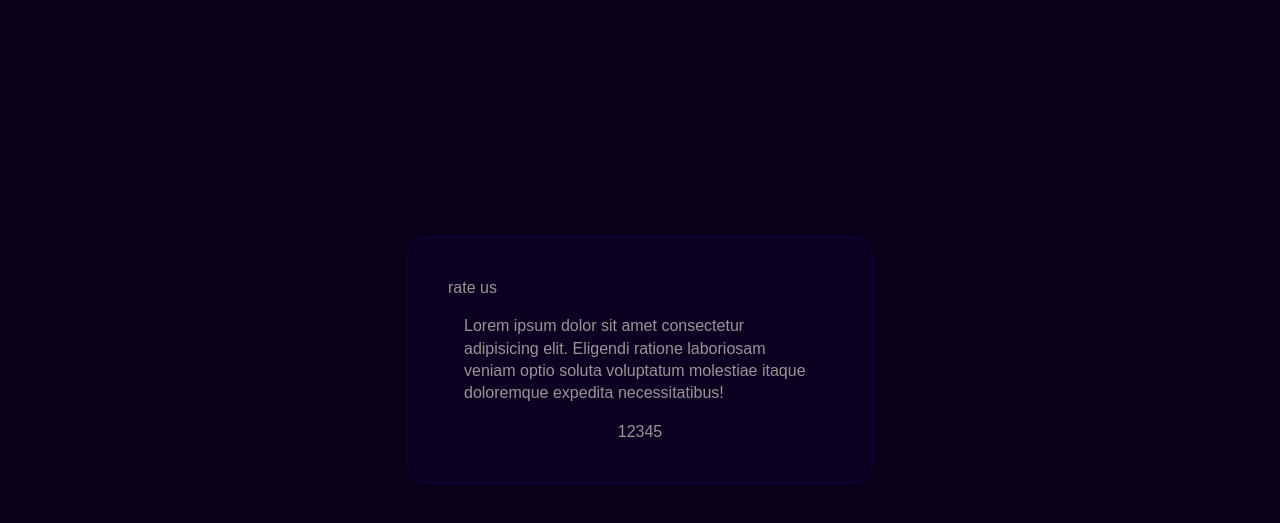
Repository: russel-success/xcodepp-TASK-2
Page: index.html
An editor plug-in stored every save of this project. The page is shown before and after a run of saves, followed by the edit.
The browser window is 1280 px wide. The pictures show the whole page.

Above is the page before, as saved 2024-05-24 22:53:38.

After the next 2 saves:
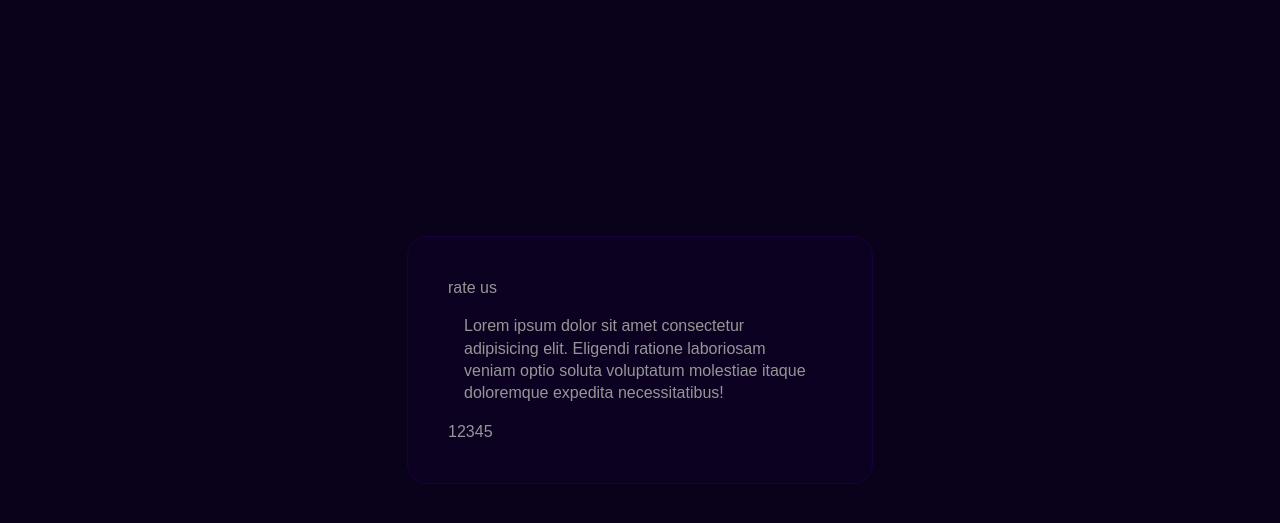
The 2 saves are shown as one change because they came seconds apart.
The last was saved 7 s later.
--- a/styles/styles.css
+++ b/styles/styles.css
@@ -37,5 +37,5 @@
     display:flex;
     justify-content: center;
     align-items: center;
-    width
+    width:max-content
 }
